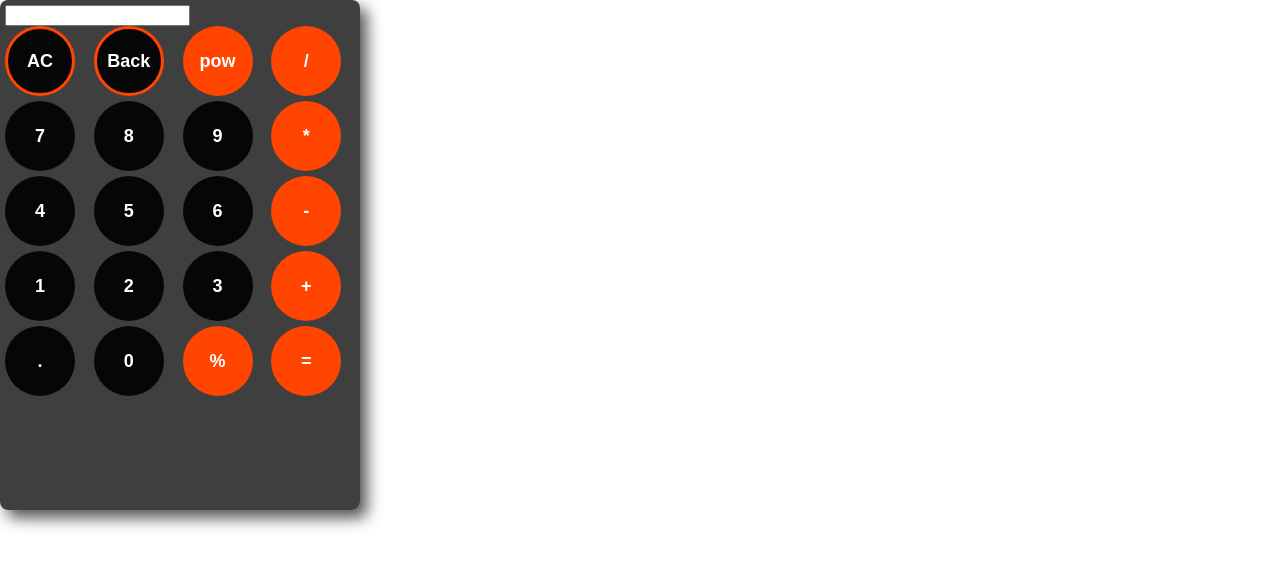
Repository: SakthivelDurai47/calculator
Page: index.html
An editor plug-in stored every save of this project. The page is shown before and after the next save, followed by the edit.
The browser window is 1280 px wide. The pictures show the whole page.

Above is the page before, as saved 2025-04-13 15:15:51.

After the next save:
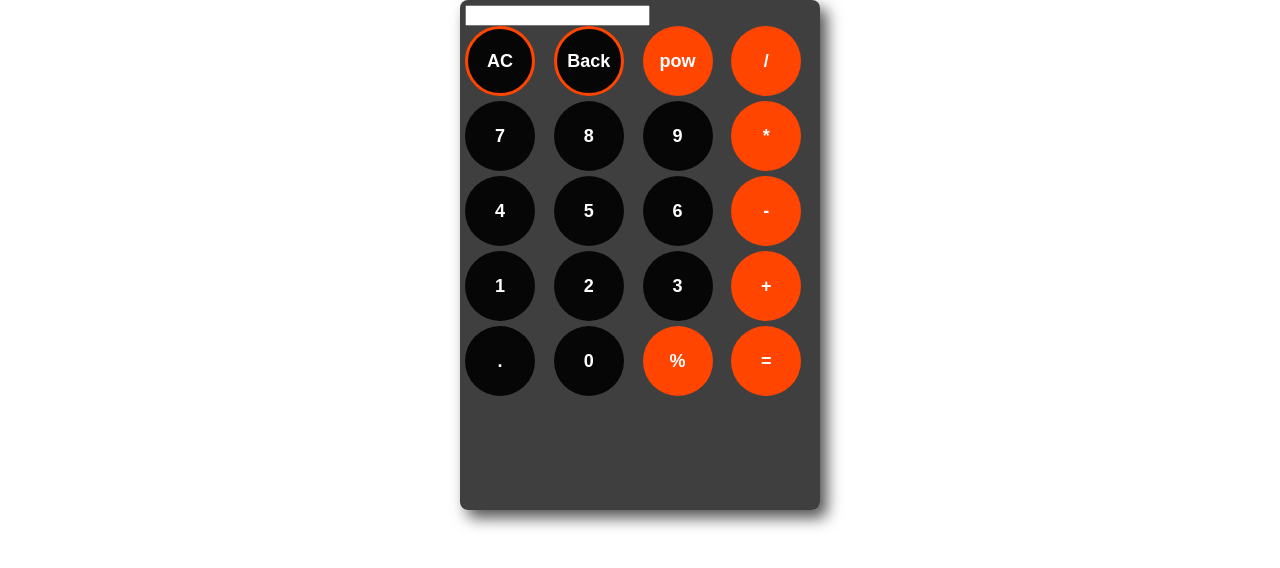
Saved 11 s later.
--- a/styles.css
+++ b/styles.css
@@ -1,6 +1,8 @@
 body {
   margin: 0;
   display: flex;
+  justify-content: center;
+  align-items: center;
 }
 #buttons {
   display: grid;
